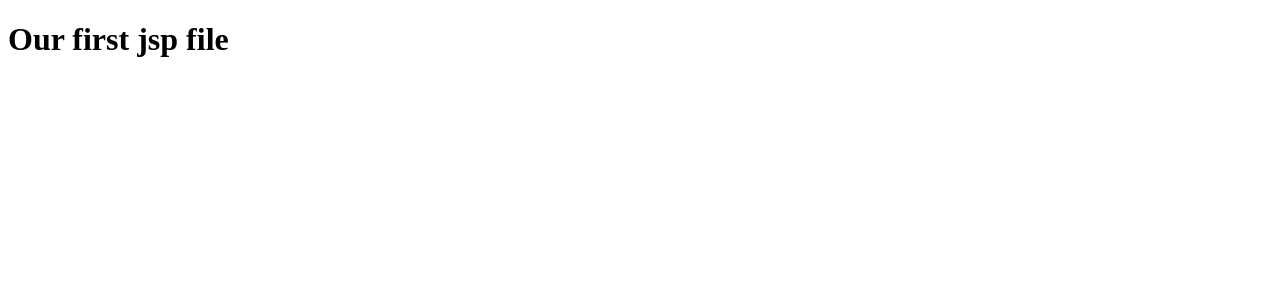
Repository: asifaftab87/advance-java
Page: http://localhost/first-web-project/
An editor plug-in stored every save of this project. The page is shown before and after the next save, followed by the edit.
The browser window is 1280 px wide. The pictures show the whole page.
The page is served by Tomcat 9. Other server files are loaded and not shown.

Above is the page before, as saved 2020-07-26 12:39:37.

### first-web-project/WebContent/index.jsp
<%@ page language="java" contentType="text/html; charset=ISO-8859-1"
    pageEncoding="ISO-8859-1"%>
<!DOCTYPE html>
<html>
<head>
<meta charset="ISO-8859-1">
<title>Insert title here</title>
</head>
<body>
<h1>Our first jsp file</h1>
</body>
</html>

After the next save:
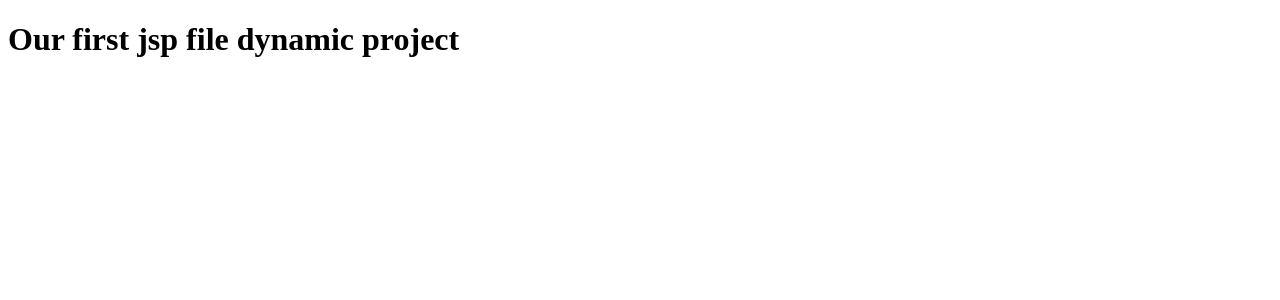
Saved 3 min 6 s later.
--- a/first-web-project/WebContent/index.jsp
+++ b/first-web-project/WebContent/index.jsp
@@ -7,6 +7,6 @@
 <title>Insert title here</title>
 </head>
 <body>
-<h1>Our first jsp file</h1>
+<h1>Our first jsp file dynamic project</h1>
 </body>
 </html>
